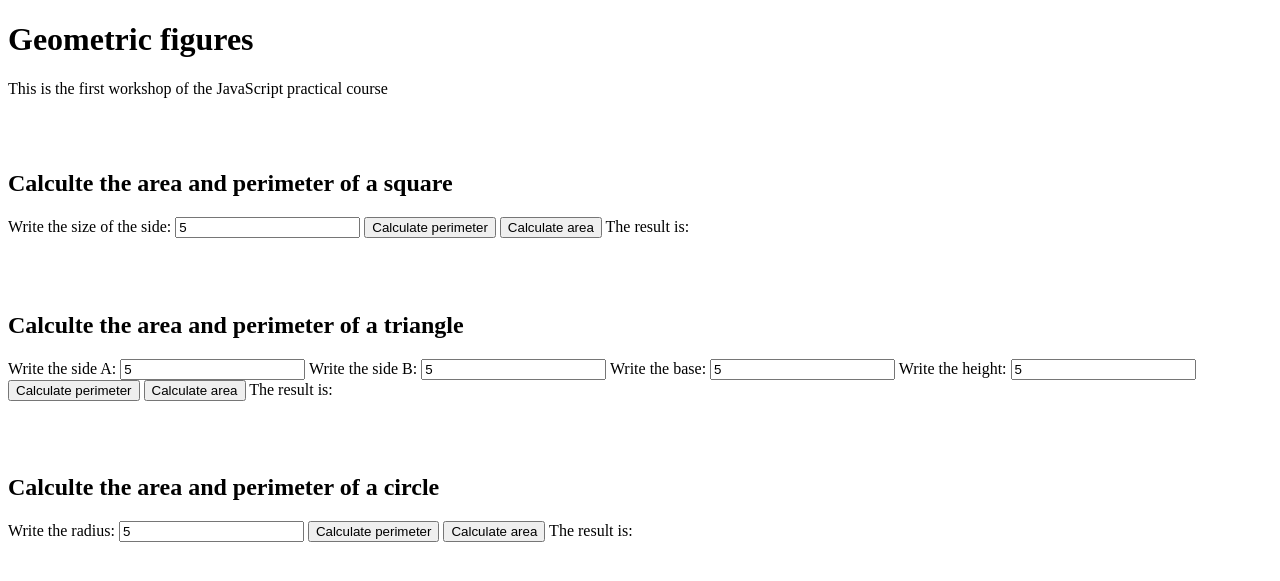
Repository: jangabe/curso-practico-javascript
Page: figures.html
The author's editor kept a copy of each file at every save. The page is drawn from the files as they stood at one save, then again after the next save.
The browser window is 1280 px wide. The pictures show the whole page.
Empty fields were first filled with sample values (such as "Sample", 5 or name@example.com).
After loading, the first visible `button[onclick="calculatePerimeterCircle()"]` was clicked once.

Above is the page before, as saved 2022-06-14 09:39:57.
Console error: ReferenceError: calculatePerimeterCircle is not defined

After the next save:
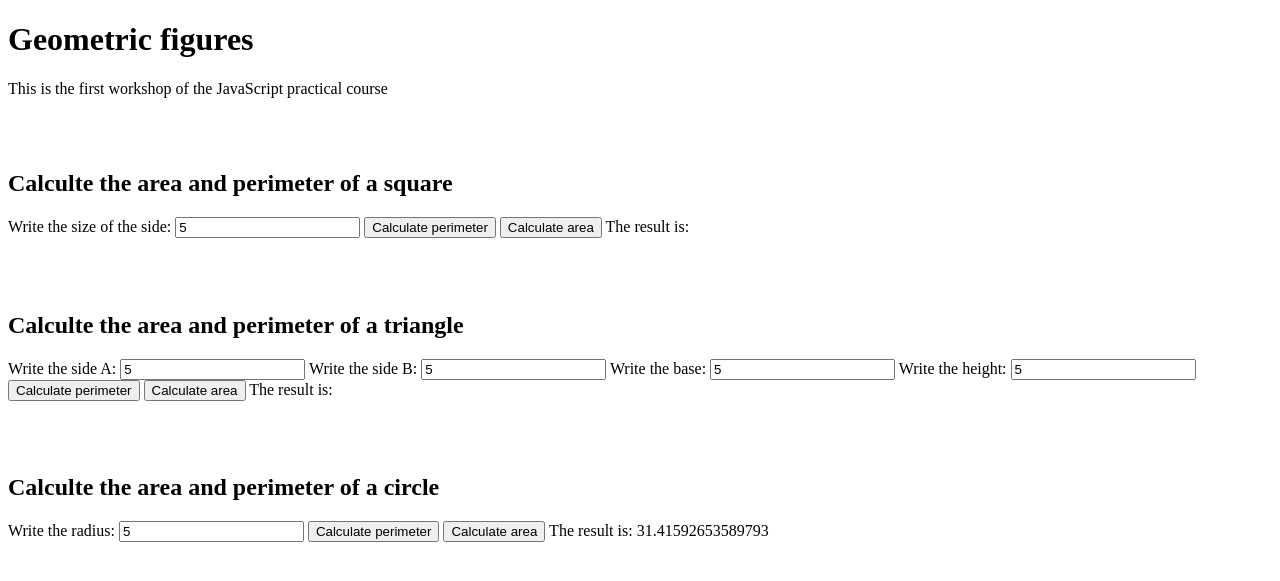
The error is gone.
Saved 3 min 28 s later.
--- a/figures.js
+++ b/figures.js
@@ -93,3 +93,9 @@ function calculateAreaTriangle(){
     const result = document.getElementById("ResultTriangle");
     result.value = triangleArea(TriangleInputBaseValue, TriangleInputHeightValue);
 }
+
+function calculatePerimeterCircle(){
+    const CircleInputRadius =  document.getElementById("CircleInputRadius").value;
+    const result = document.getElementById("ResultCircle");
+    result.value = circlePerimeter(CircleInputRadius);
+}
